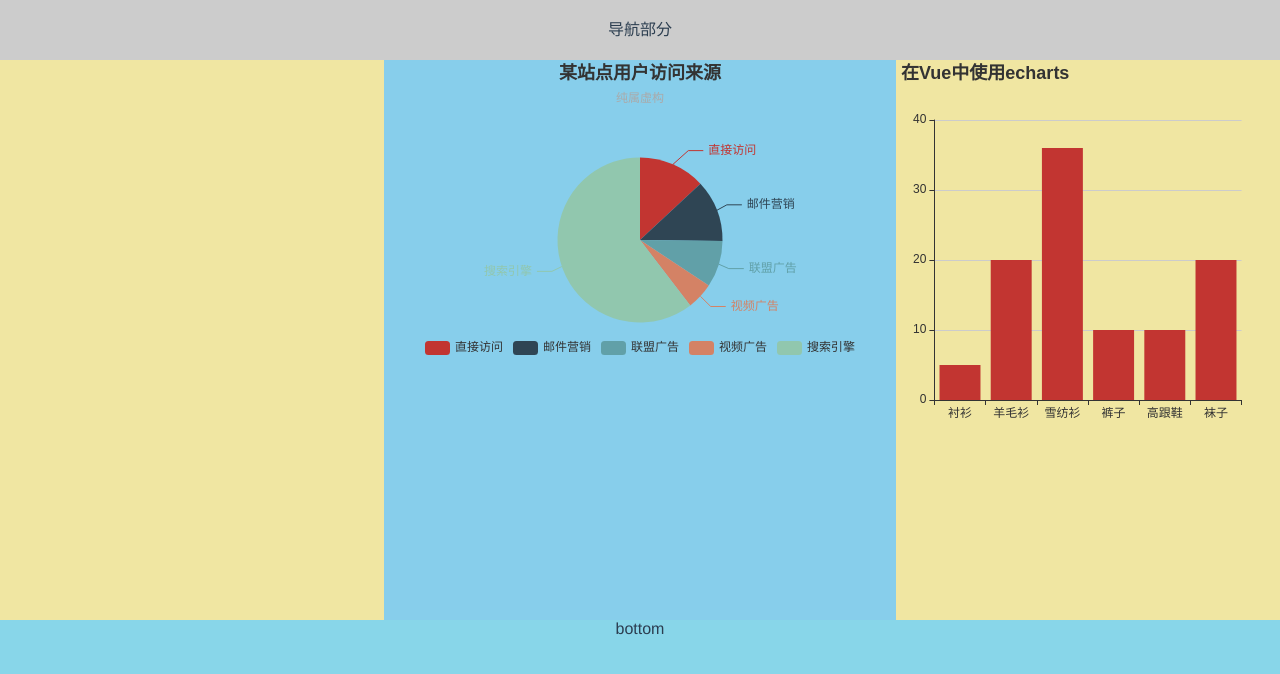
Repository: nyy-2017/vue-echarts
Page: /
The author's editor kept a copy of each file at every save. The page is drawn from the files as they stood at one save, then again after the next save.
The browser window is 1280 px wide. The pictures show the whole page.
The project was rebuilt for these pictures with package versions that can differ from the ones it lists, and the page was loaded fresh each time.

Above is the page before, as saved 2019-07-09 10:09:43.

After the next save:
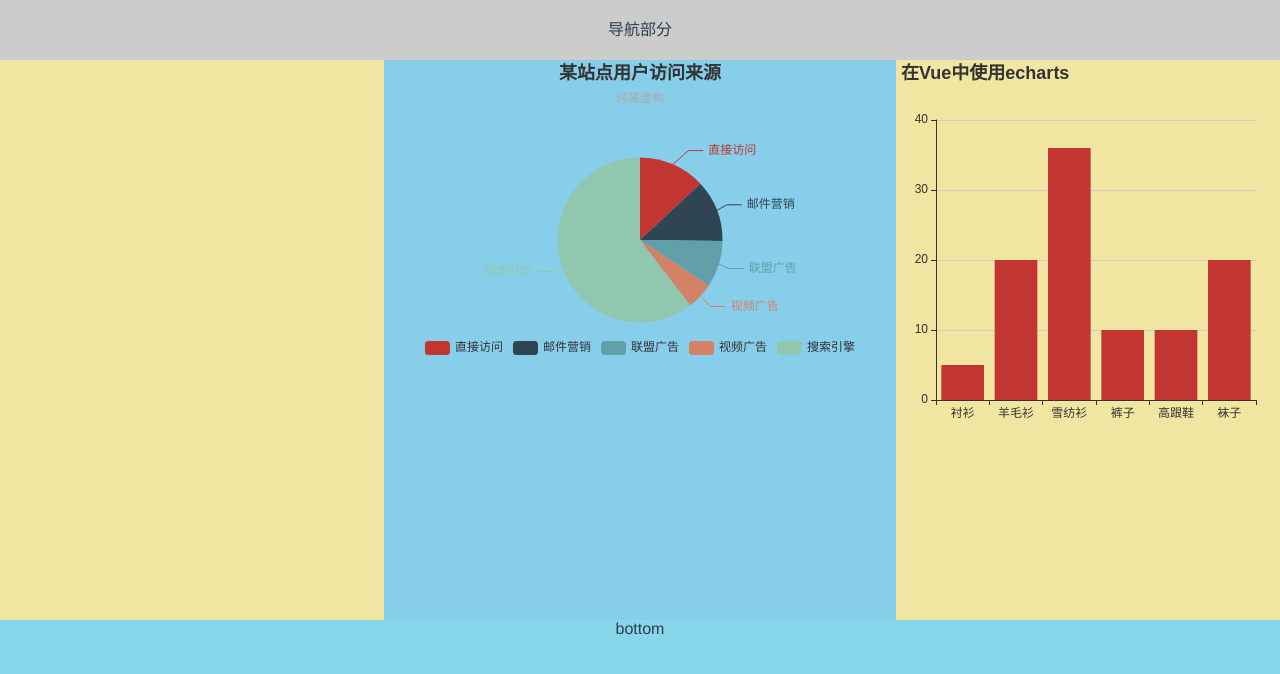
Saved 95 s later.
--- a/src/components/HelloWorld.vue
+++ b/src/components/HelloWorld.vue
@@ -9,7 +9,7 @@
               <myEcharts></myEcharts>
             </div>
             <div class="right">
-              <div id="myChart" :style="{width: '100%', height: '400px'}"></div>
+              <div id="myChart" :style="{width: '400px', height: '400px'}"></div>
             </div>
         </div>
         <div id="bottom">bottom</div>

After the save that followed:
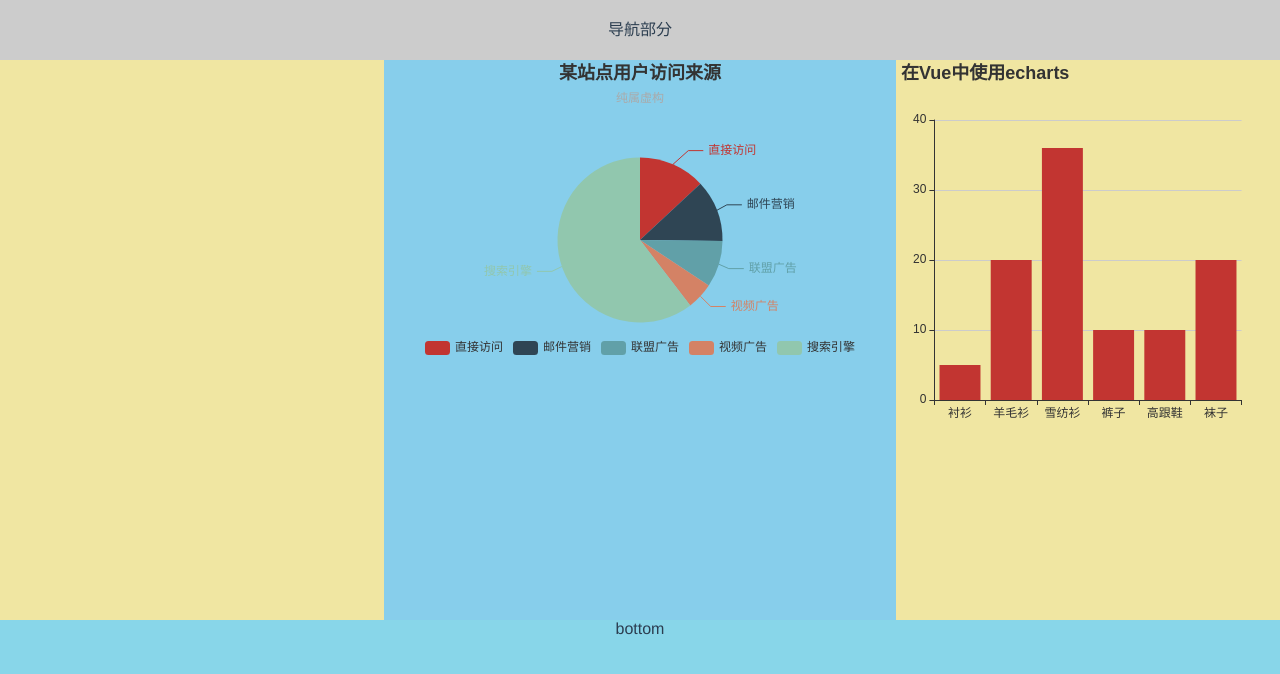
Saved 5 min 32 s later.
--- a/src/components/HelloWorld.vue
+++ b/src/components/HelloWorld.vue
@@ -9,7 +9,7 @@
               <myEcharts></myEcharts>
             </div>
             <div class="right">
-              <div id="myChart" :style="{width: '400px', height: '400px'}"></div>
+              <div id="myChart" :style="{width: '100%', height: '400px'}"></div>
             </div>
         </div>
         <div id="bottom">bottom</div>
@@ -65,6 +65,10 @@
   },
   mounted(){
     this.drawLine();
+     //实现自适应部分
+    window.addEventListener('resize',()=>{
+        this.$echarts.init(document.getElementById('myChart')).resize()
+    })
   },
 }
 </script>
